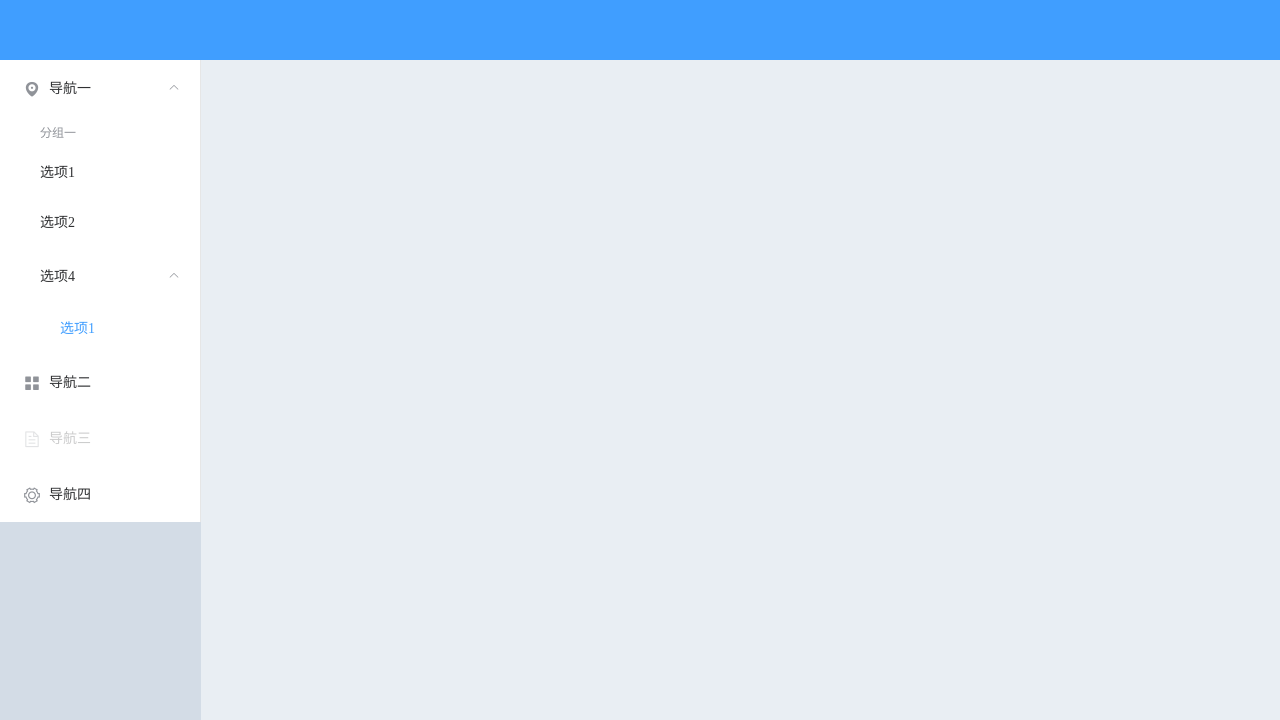
Repository: 960519152/elementui-demo-byf
Page: /#/
These files come from the project's save history. The page is drawn as it stood at one moment and after a run of saves; the edit follows.
The browser window is 1280 px wide. The pictures show the whole page.
The project was rebuilt for these pictures with package versions that can differ from the ones it lists, and the page was loaded fresh each time. Also part of the build but not shown: src/components/HelloWorld.vue, src/components/Tx.vue, src/components/Tes.vue.

Above is the page before, as saved 2019-05-14 10:45:07.

### index.html
<!DOCTYPE html>
<html>

<head>
  <meta charset="utf-8">
  <meta name="viewport" content="width=device-width,initial-scale=1.0">
  <link rel="stylesheet" type="text/css" href="./static/css/base.css" />
  <title>vue-examine-backend</title>
</head>

<body style=" overflow-x: hidden;">
  <div id="app"></div>
  <!-- built files will be auto injected -->
</body>
</html>

### src/main.js
// The Vue build version to load with the `import` command
// (runtime-only or standalone) has been set in webpack.base.conf with an alias.
import Vue from 'vue'
import App from './App'
import router from './router' //路由
import ElementUI from 'element-ui'; //饿了么UI
import 'element-ui/lib/theme-chalk/index.css';  //饿了么UI

Vue.config.productionTip = false
Vue.use(ElementUI); //饿了么UI



/* eslint-disable no-new */
new Vue({
  el: '#app',
  router,
  components: { App },
  template: '<App/>'
})

### src/App.vue
<template>
  <div id="app">
    <router-view></router-view>
  </div>
</template>

<script>
  export default {
    name: 'app',
    methods: {

    }
  }

</script>

<style scoped lang="scss">
  #app {
    position: absolute;
    width: 100%;
    height: 100%;
  }
</style>

### src/router/index.js
import Vue from 'vue'
import Router from 'vue-router'
import HelloWorld from '@/components/HelloWorld'
import Home from '@/components/Home'
import Tx from '@/components/Tx'
import Tes from '@/components/Tes'

Vue.use(Router)

export default new Router({
  routes: [
    {
      path: '/',
      name: '主要菜单',
      component: Home,
      iconCls: 'el-icon-platform-eleme',
      children: [
        { path: '/Tx', component: Tx, name: '菜单1' },
        { path: '/Tes', component: Tes, name: '菜单2' }
      ]
    },
    {
      path: '/',
      name: 'HelloWorld',
      leaf: true,//只有一个节点
      component: Home,
      iconCls: 'el-icon-s-home',
      children: [
        { path: '/HelloWorld', component: HelloWorld, name: '单独的' },
      ]
    }
  ]
})

### src/components/Home.vue
<template>
  <div id="app">
    <el-container class="menu">
      <el-header class="header">
        <i class="el-icon-s-grid menumedia" @click="k"></i>
      </el-header>
      <el-container>
        <el-aside>
          <!-- <el-row class="tac">
            <el-col :span="24">
              <div class="div-logo">
                <img src="../../static/image/logo.png">
              </div>
              <el-menu :default-active="$route.path" class="el-menu-vertical-demo" unique-opened router v-show="true"
                @open="handleOpen" @close="handleClose" :collapse="isCollapse">
                <template v-for="(item,index) in $router.options.routes" v-if="!item.hidden">
                  <el-submenu :index="index+''" v-if="!item.leaf">
                    <template slot="title">
                      <i :class="item.iconCls"></i>
                      <span slot="title">{{item.name}}</span>
                    </template>
                    <el-menu-item v-for="child in item.children" :index="child.path" :key="child.path"
                      v-if="!child.hidden"> <span slot="title"> {{child.name}}</span></el-menu-item>
                  </el-submenu>
                  <el-menu-item v-if="item.leaf&&item.children.length==1" :index="item.children[0].path">
                    <i :class="item.iconCls"></i>
                    <span slot="title"> {{item.children[0].name}}</span>
                  </el-menu-item>
                </template>
              </el-menu>
            </el-col>
          </el-row> -->
          <el-menu default-active="1-4-1" class="el-menu-vertical-demo" @open="handleOpen" @close="handleClose" :collapse="isCollapse">
  <el-submenu index="1">
    <template slot="title">
      <i class="el-icon-location"></i>
      <span slot="title">导航一</span>
    </template>
    <el-menu-item-group>
      <span slot="title">分组一</span>
      <el-menu-item index="1-1">选项1</el-menu-item>
      <el-menu-item index="1-2">选项2</el-menu-item>
    </el-menu-item-group>
    <el-submenu index="1-4">
      <span slot="title">选项4</span>
      <el-menu-item index="1-4-1">选项1</el-menu-item>
    </el-submenu>
  </el-submenu>
  <el-menu-item index="2">
    <i class="el-icon-menu"></i>
    <span slot="title">导航二</span>
  </el-menu-item>
  <el-menu-item index="3" disabled>
    <i class="el-icon-document"></i>
    <span slot="title">导航三</span>
  </el-menu-item>
  <el-menu-item index="4">
    <i class="el-icon-setting"></i>
    <span slot="title">导航四</span>
  </el-menu-item>
</el-menu>
        </el-aside>
        <el-main>
          <router-view></router-view>
        </el-main>
      </el-container>
    </el-container>
  </div>
</template>

<script>
  export default {
    name: "Home",
    data() {
      return {
        isCollapse: false
      }
    },
    methods: {
      handleOpen(key, keyPath) {
        console.log(key, keyPath);
      },
      handleClose(key, keyPath) {
        console.log(key, keyPath);
      },
      k(){
        if(this.isCollapse){
          this.isCollapse=false
        }else{
          this.isCollapse=true
        }
      }
    },
    watch:{
      isCollapse(){
        console.log(this.isCollapse);
      }
    }
  };

</script>

<style scoped lang="scss">
  @import "../../static/css/base.scss";

  .menu {
    width: 100%;
    height: 100%;
  }

  .div-logo {
    width: 100%;
    height: 135px;

    img {
      width: 45%;
    }
  }

  .header {
    font-size: 25px;
    text-align: left !important;
  }

  // .left-aside {
  //   width: 200px !important;
  //   overflow-x: hidden;
  // }

  .el-header,
  .el-footer {
    background-color: #b3c0d1;
    color: #333;
    text-align: center;
    line-height: 60px;
  }

  .el-aside {
    background-color: #d3dce6;
    color: #333;
    text-align: center;
    line-height: 200px;
  }

  .el-main {
    background-color: #e9eef3;
    color: #333;
    text-align: center;
    line-height: 160px;
  }

  body>.el-container {
    margin-bottom: 40px;
  }

  .el-container:nth-child(5) .el-aside,
  .el-container:nth-child(6) .el-aside {
    line-height: 260px;
  }

  .el-container:nth-child(7) .el-aside {
    line-height: 320px;
  }

  .el-submenu {
    text-align: left;
    // padding-left: 10px;
  }

  .el-menu-item {
    text-align: left;
    // padding-left: 30px !important;
  }

  // i {
  //   vertical-align: text-bottom !important;
  // }
  .el-aside{
    width: auto !important;
  }

  @media screen and (min-width: $smallSize) {
    .header {
      background:#409EFF;

      i {
        display: none;
      }
    }
  }

  @media screen and (max-width: $smallSize) {
    .header {
      background: #409EFF;

      i {
        display: inline;
      }
    }
  }

  @media screen and (max-width: $smallSize) {
    // .el-aside{
    //   left: -100%;
    //   position: relative;
    // }
  }

</style>

### static/css/base.scss
$smallSize: 700px;



body {
    height: 100%;
    width: 100%;
    margin: 0;
    padding: 0;
    font-size: 16px;
    overflow-x: hidden;
  }

### static/css/base.css
body {
    height: 100%;
    width: 100%;
    margin: 0;
    padding: 0;
    font-size: 16px;
    overflow-x: hidden;
  }

After the next 2 saves:
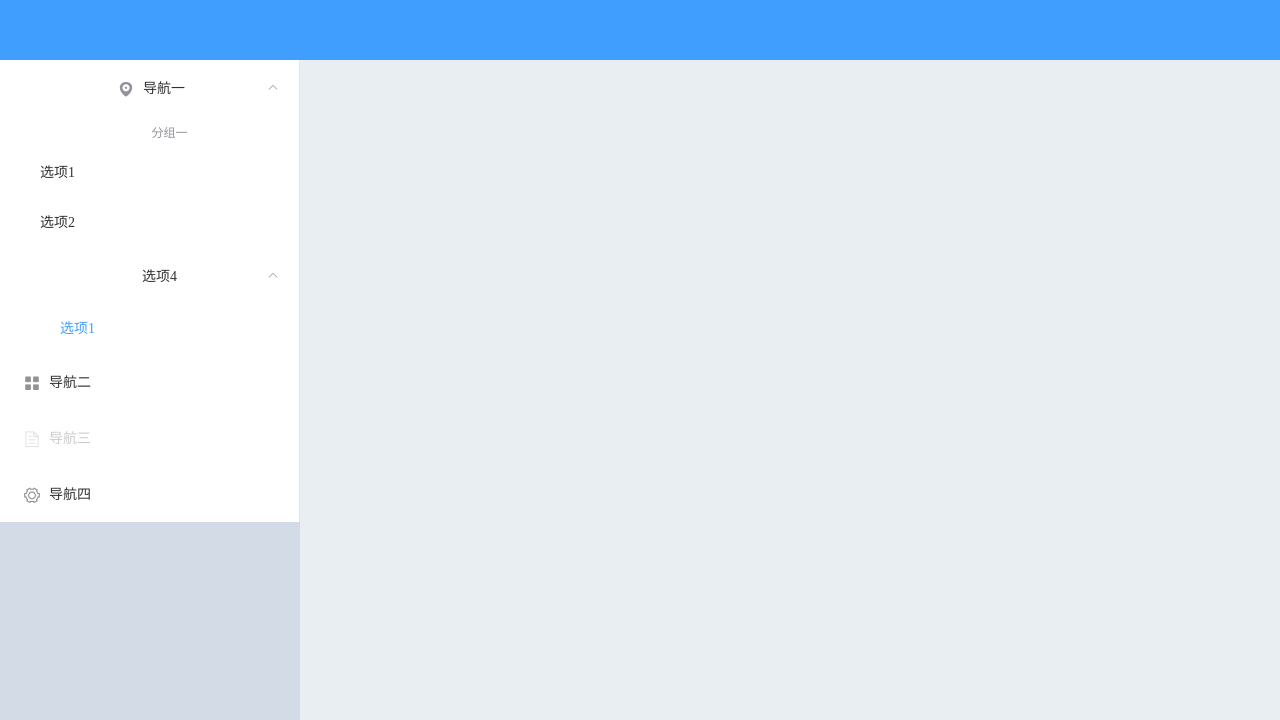
The 2 saves are shown as one change because they came seconds apart.
The last was saved 74 s later.
--- a/src/components/Home.vue
+++ b/src/components/Home.vue
@@ -163,7 +163,7 @@
   }
 
   .el-submenu {
-    text-align: left;
+    text-align: le  ft;
     // padding-left: 10px;
   }
 
@@ -175,9 +175,7 @@
   // i {
   //   vertical-align: text-bottom !important;
   // }
-  .el-aside{
-    width: auto !important;
-  }
+
 
   @media screen and (min-width: $smallSize) {
     .header {
@@ -196,6 +194,9 @@
       i {
         display: inline;
       }
+    };
+    .el-aside{
+      width: auto !important;
     }
   }
 

After the save that followed:
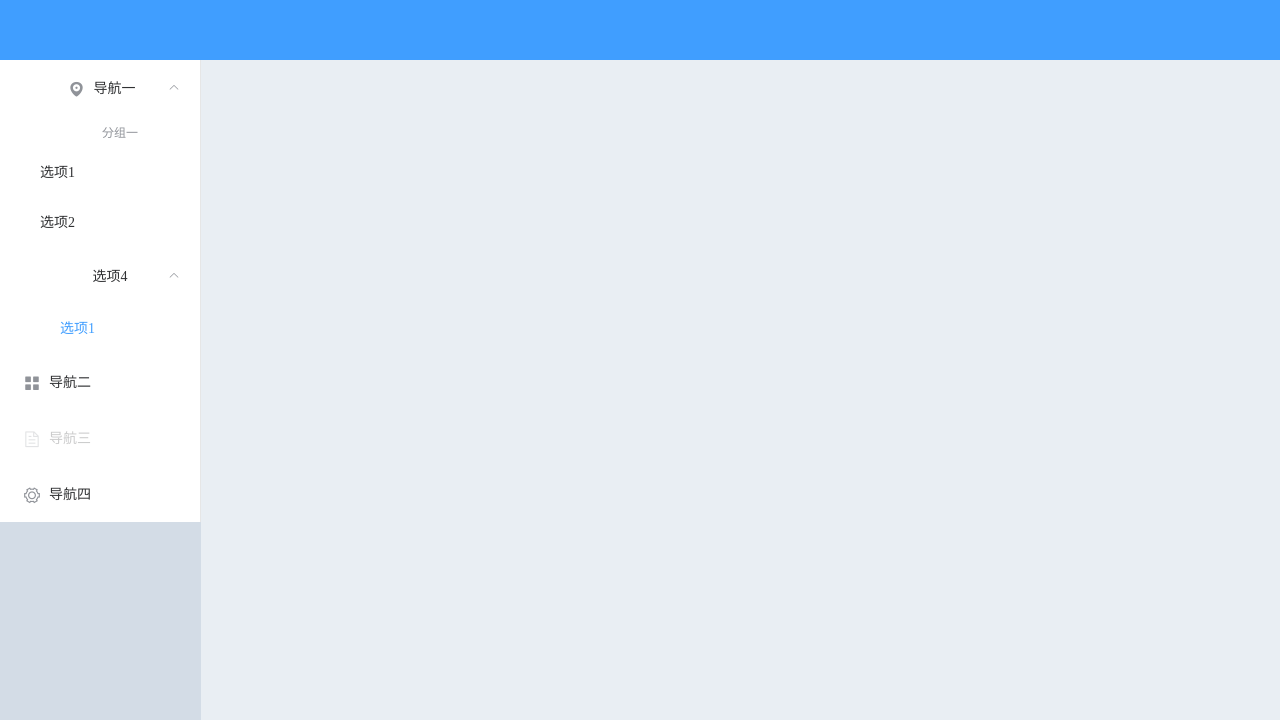
Saved 51 s later.
--- a/src/components/Home.vue
+++ b/src/components/Home.vue
@@ -175,7 +175,9 @@
   // i {
   //   vertical-align: text-bottom !important;
   // }
-
+  .el-aside{
+    width: auto !important;
+  }
 
   @media screen and (min-width: $smallSize) {
     .header {
@@ -195,9 +197,6 @@
         display: inline;
       }
     };
-    .el-aside{
-      width: auto !important;
-    }
   }
 
   @media screen and (max-width: $smallSize) {
